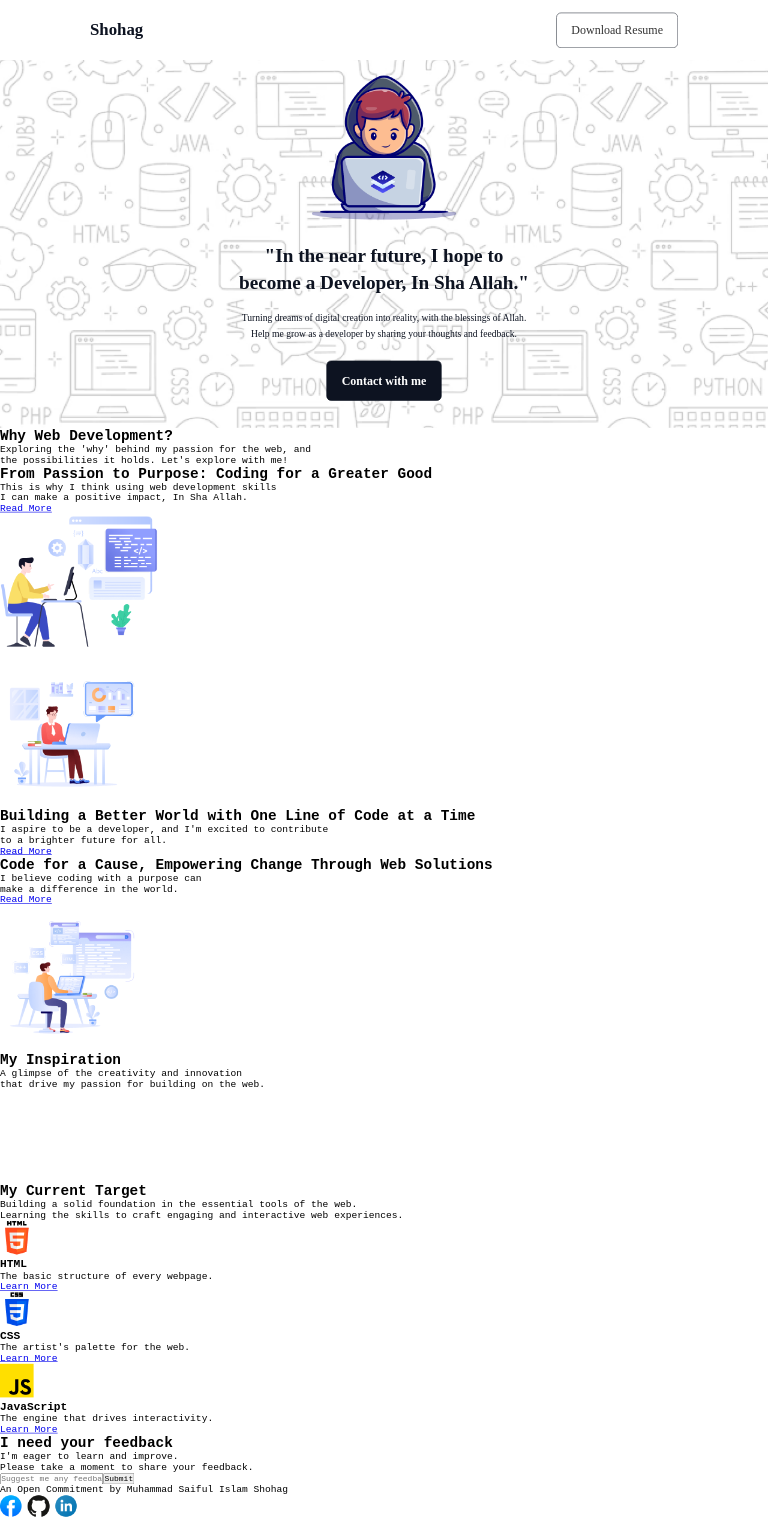
Repository: SHOHAG-NET/my-aspiration
Page: index.html
An editor plug-in stored every save of this project. The page is shown before and after the next save, followed by the edit.
The browser window is 1280 px wide. The pictures show the whole page, at 60% of full size.
Pictures or frames that could not be fetched are drawn as grey boxes. Some web fonts or font styles are not loaded; a fallback is used.

Above is the page before, as saved 2024-07-10 23:47:12.

### index.html
<!DOCTYPE html>
<html lang="en">
  <head>
    <meta charset="UTF-8" />
    <meta name="viewport" content="width=device-width, initial-scale=1.0" />
    <link rel="stylesheet" href="style.css" />
    <link rel="shortcut icon" href="./assets/favicon.png" type="image/x-icon" />
    <title>My Aspiration | Shohag</title>
  </head>
  <body>
    <!-- header section starts here which includes the navigation bar and the hero section -->
    <header>
      <nav>
        <h1>
          <a class="nav-title" href="./index.html">Shohag</a>
        </h1>
        <ul>
          <li>
            <a href="./files/simple-developer-porttfolio.pdf" download>
              <button class="resume-btn">Download Resume</button>
            </a>
          </li>
        </ul>
      </nav>
      <div class="hero-container">
        <div class="hero-img">
          <img src="./assets/hero-img.png" alt="I am a developer" />
        </div>
        <div class="hero-contents">
          <h1>
            "In the near future, I hope to <br />
            become a Developer, In Sha Allah."
          </h1>
          <p>
            Turning dreams of digital creation into reality, with the blessings of Allah.<br /> Help me grow as a developer by sharing your thoughts and feedback.
          </p>
        </div>
        <div>
          <a href="#support-container"
            ><button class="hero-btn">Contact with me</button></a
          >
        </div>
      </div>
    </header>
    <!-- main section starts here which includes the key parts of the website -->
    <main class="main-container">
      <!-- blog description section starts here -->
      <section class="blog-container">
        <div class="blog-description">
          <h1>Why Web Development?</h1>
          <p>
            Exploring the 'why' behind my passion for the web, and <br/>the possibilities it holds.  Let's explore with me!
          </p>
        </div>
        <!-- blog content section starts here -->
        <article class="blog-content-left-to-right">
          <div class="content-text">
            <h2>From Passion to Purpose: Coding for a Greater Good</h2>
            <p>
              This is why I think using web development skills <br />
              I can make a positive impact, In Sha Allah.
            </p>
            <a href="#" class="read-more-button">Read More</a>
          </div>
          <div class="content-image">
            <img
              src="./assets/blog-pic-1.png"
              alt="This is blog featured image"
            />
          </div>
        </article>
        <article class="blog-content-right-to-left">
          <div class="content-image">
            <img
              src="./assets/blog-pic-2.png"
              alt="This is blog featured image"
            />
          </div>
          <div class="content-text">
            <h2>Building a Better World with One Line of Code at a Time</h2>
            <p>
              I aspire to be a developer, and I'm excited to contribute<br /> to a brighter future for all.
            </p>
            <a href="#" class="read-more-button">Read More</a>
          </div>
        </article>
        <article class="blog-content-left-to-right">
          <div class="content-text">
            <h2>Code for a Cause, Empowering Change Through Web Solutions</h2>
            <p>
              I believe coding with a purpose can <br />make a difference in the world.
            </p>
            <a href="#" class="read-more-button">Read More</a>
          </div>
          <div class="content-image">
            <img
              src="./assets/blog-pic-3.png"
              alt="This is blog featured image"
            />
          </div>
        </article>
      </section>
      <!-- inspiration section starts here -->
      <section class="inspiration-container">
        <div class="inspiration-content">
          <h1>My Inspiration</h1>
          <p>
            A glimpse of the creativity and innovation <br />that drive my passion for building on the web.
          </p>
        </div>
        <div class="inspiration-video">
          <iframe
            src="https://www.youtube.com/embed/JUwePydwbUI?si=UPq5v-Owrkgnsa76&amp;controls=0"
            title="YouTube video player"
            frameborder="0"
            allow="accelerometer; autoplay; clipboard-write; encrypted-media; gyroscope; picture-in-picture; web-share"
            referrerpolicy="strict-origin-when-cross-origin"
            allowfullscreen
          ></iframe>
        </div>
      </section>
      <!-- aspiration section starts here -->
      <!-- my current target section starts here -->
        <section class="my-current-target">
          <div class="ct-aspiration-content">
            <h1>My Current Target</h1>
            <p>
              Building a solid foundation in the essential tools of the web. <br/>Learning the skills to craft engaging and interactive web experiences.
            </p>
          </div>
          <div class="aspiration-cardbox">
            <div id="card-box-1">
              <img src="./assets/html.png" alt="HTML" />
              <h3>HTML</h3>
              <p>The basic structure of every webpage.</p>
              <a href="#" >Learn More</a>
            </div>
            <div id="card-box-2">
              <img src="./assets/css.png" alt="CSS" />
              <h3>CSS</h3>
              <p>The artist's palette for the web.</p>
              <a href="#">Learn More</a>
            </div>
            <div id="card-box-3">
              <img src="./assets/js.png" alt="JavaScript" />
              <h3>JavaScript</h3>
              <p>The engine that drives interactivity.</p>
              <a href="#">Learn More</a>
            </div>
          </div>
        </section>
        <!-- my next target section starts here -->
        <!-- <section class="my-next-target">
          <div class="nt-aspiration-content">
            <h1>My Next Target</h1>
            <p>
              Lorem Ipsum is simply dummy text of the printing and typesetting
              industry. Lorem Ipsum has been the industry's standard dummy text.
            </p>
          </div>
          <div class="aspiration-cardbox">
            <img src="./assets/html.png" alt="HTML" />
            <h3>HTML</h3>
            <p>Lorem Ipsum is simply dummy text of the printing.</p>
            <a href="">Learn More</a>
          </div>
          <div class="aspiration-cardbox">
            <img src="./assets/css.png" alt="CSS" />
            <h3>CSS</h3>
            <p>Lorem Ipsum is simply dummy text of the printing.</p>
            <a href="">Learn More</a>
          </div>
          <div class="aspiration-cardbox">
            <img src="./assets/js.png" alt="JavaScript" />
            <h3>JavaScript</h3>
            <p>Lorem Ipsum is simply dummy text of the printing.</p>
            <a href="">Learn More</a>
          </div>
        </section> -->
      </section>
      <!-- support section starts here -->
      <section id="support-container" class="support-container">
        <h1>I need your feedback</h1>
        <p>
          I'm eager to learn and improve. <br />Please take a moment
          to share your feedback.
        </p>
        <div class="support-feedback-container">
          <input
            type="text"
            placeholder="Suggest me any feedback for me"
          /><button>Submit</button>
        </div>
      </section>
    </main>
    <!-- footer section starts here -->
    <footer>
      <div class="footer-container">
        <div class="footer-content">
          <p>An Open Commitment by Muhammad Saiful Islam Shohag</p>
        </div>
        <div class="social-media-container">
        <a href="https://www.facebook.com/programmingHero" target="_blank" ><img
          src="./assets/facebook.png"
          alt="Click to connect me with Facebook"
        ></a>
        <a href="https://github.com/SHOHAG-NET" target="_blank" ><img
          src="./assets/github.png"
          alt="Click to connect me with Github"
        ></a>
        <a href="https://www.linkedin.com/company/programminghero" target="_blank"" ><img
          src="./assets/linkedin.png"
          alt="Click to connect me with LinkedIn"
        ></a>
        </div>
      </div>
    </footer>
  </body>
</html>

### style.css
@import url("https://fonts.googleapis.com/css2?family=Azeret+Mono:ital,wght@0,100..900;1,100..900&display=swap");

* {
  margin: 0;
  padding: 0;
  box-sizing: border-box;
  font-family: "Azeret Mono", monospace;
}

/* shared style */

dark-common {
  color: 0D1321;
}

/* navbar style begins here */
nav {
  display: flex;
  align-items: center;
  justify-content: space-between;
  background: #fff;
  min-height: 100px;
}

ul li {
  list-style: none;
}

.nav-title {
  color: #0d1321;
  font-family: "Azeret Mono";
  font-size: 28px;
  font-style: normal;
  font-weight: 800;
  line-height: normal;
  text-decoration: none;
  margin-left: 150px;
}

.resume-btn {
  display: inline-flex;
  padding: 17px 24px;
  margin-right: 150px;
  justify-content: center;
  align-items: center;
  gap: 10px;
  border-radius: 8px;
  border: 1px solid #0d1321;
  background-color: #fff;
  cursor: pointer;
  opacity: 0.8;
  color: 0D1321;
  font-family: "Azeret Mono";
  font-size: 20px;
}

/* navbar style ends here */

/* hero section style begins here */
.hero-container {
  display: flex;
  flex-direction: column;
  align-items: center;
  background-image: url(assets/hero-bg.png);
  background-position: center;
  background-repeat: repeat-x;
  margin: 0 auto;
  padding-top: 26px;
  padding-bottom: 45px;
  min-height: 600px;
}

.hero-contents h1 {
  margin-top: 32px;
  color: #0d1321;
  text-align: center;
  font-family: "Azeret Mono";
  line-height: 45px;
}
.hero-contents p {
  margin-top: 24px;
  color: #0d1321;
  text-align: center;
  font-family: "Azeret Mono";
  line-height: 26px;
}

.hero-btn {
  margin-top: 32px;
  padding: 21px 24px;
  border-radius: 8px;
  border: 1px solid #0d1321;
  color: #fff;
  background-color: #0d1321;
  text-align: center;
  font-family: "Azeret Mono";
  font-size: 20px;
  font-style: normal;
  font-weight: 600;
  line-height: normal;
  cursor: pointer;
}
/* hero section style ends here */

After the next save:
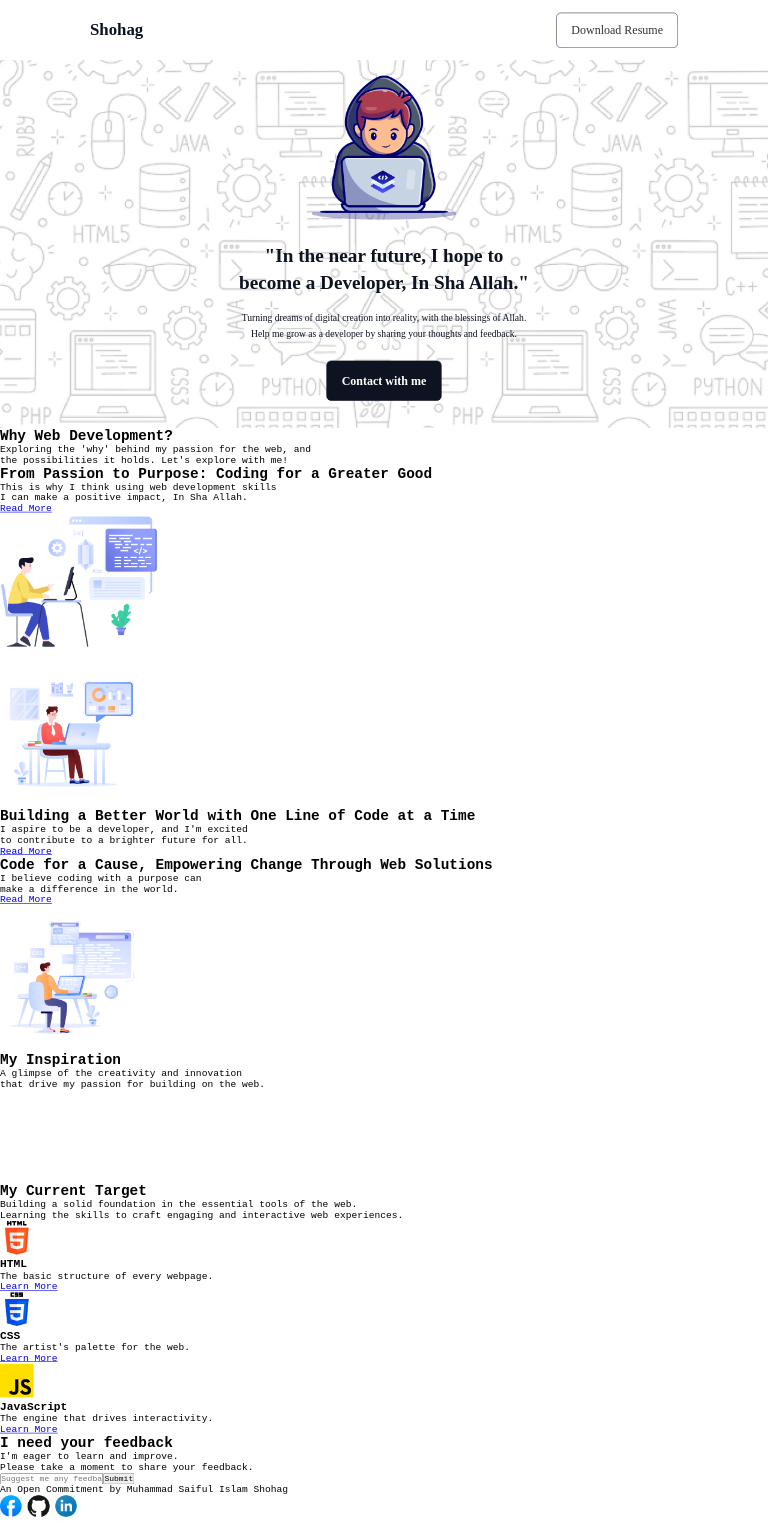
Saved 32 s later.
--- a/index.html
+++ b/index.html
@@ -79,7 +79,7 @@
           <div class="content-text">
             <h2>Building a Better World with One Line of Code at a Time</h2>
             <p>
-              I aspire to be a developer, and I'm excited to contribute<br /> to a brighter future for all.
+              I aspire to be a developer, and I'm excited <br/> to contribute to a brighter future for all.
             </p>
             <a href="#" class="read-more-button">Read More</a>
           </div>
